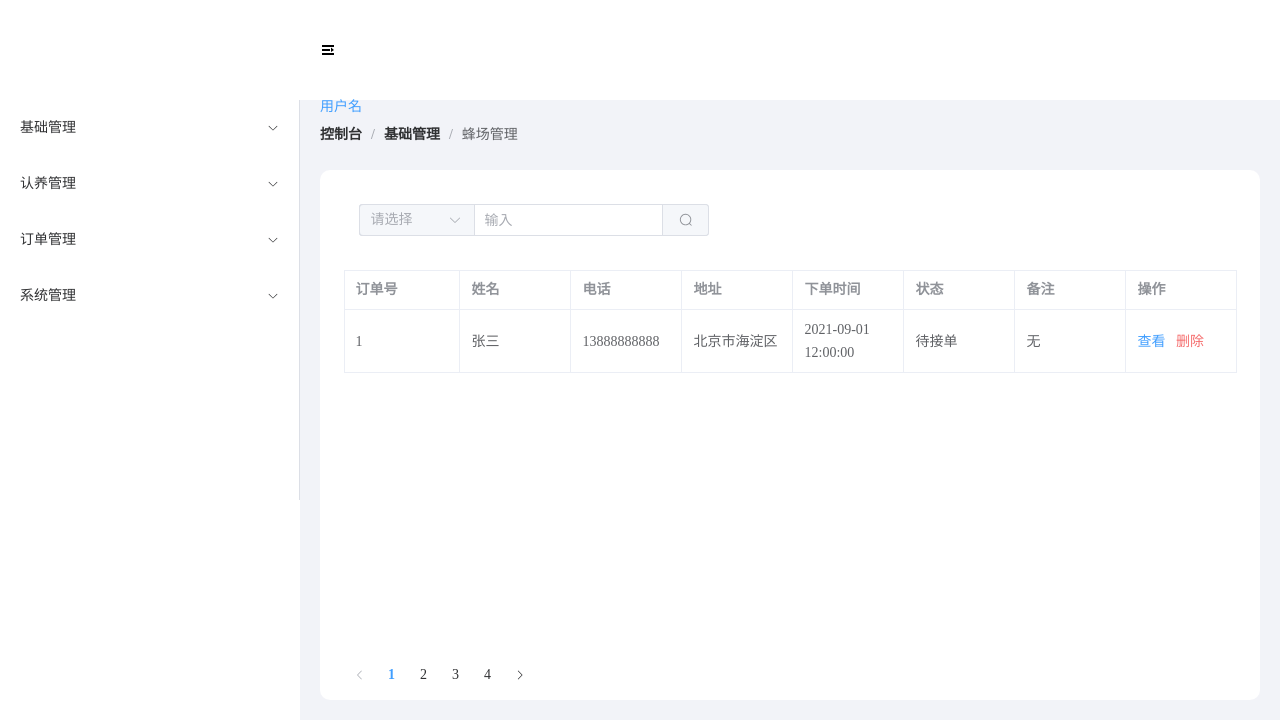
Repository: secret47/test-office-demo
Page: /dashboard/order/list
The author's editor kept a copy of each file at every save. The page is drawn from the files as they stood at one save, then again after a run of saves.
The browser window is 1280 px wide. The pictures show the whole page.
The project was rebuilt for these pictures with package versions that can differ from the ones it lists, and the page was loaded fresh each time. Also part of the build but not shown: vite.config.js.

Above is the page before, as saved 2024-10-30 14:14:37.

### src/main.js
import { createApp } from 'vue'
import '@/style/main.scss'
import App from './App.vue'
import router from './router'

import lang from "./local"


import ElementPlus from "element-plus";
import 'element-plus/dist/index.css'
import * as ElementPlusIconsVue from '@element-plus/icons-vue'

const app = createApp(App);

for (const [key, component] of Object.entries(ElementPlusIconsVue)) {
    app.component(key, component)
}

app.use(lang)
app.use(ElementPlus)
app.use(router)
app.mount('#app')

### src/style/main.scss
* {
    padding: 0;
    margin: 0;
}

html,
body {
    width: 100%;
    height: 100%;
    background: #ffffff;
}

#app {
    width: 100%;
    height: 100%;
}

.main-container {
    width: 100%;
    height: 100%;
}

//顶部搜索
.searchBox {
    width: calc(95% - 30px);
    height: 70px;
    margin: 0 auto;
    padding: 15px;
    display: flex;
    flex-direction: column;
    justify-content: center;

    .new {
        width: 130px;
    }
    .item{
        width:350px;
    }
}

.list {
    width: 95%;
    height: calc(100% - 100px);
    margin: 0 auto;

    .tables {
        width: 100%;
        height: calc(100% - 50px);
    }

    .pages {
        width: 100%;
        height: 50px;
        display: flex;
        flex-direction: column;
        justify-content: center;

    }
}

### src/App.vue
<template>
  <!-- <div> -->
    <router-view />
  <!-- </div> -->
</template>

### src/router/index.js
import { createRouter, createWebHistory } from 'vue-router'
import layouts from "../layouts/index.vue"

const routes = [
    {
        path: '/',
        name: 'Login',
        component: () => import('@/views/login.vue'),
    },
    // 其他路由...
    {
        path: "/dashboard",
        name: "Dashboard",
        component: layouts,
        meta: {
            title: "控制中心"
        },
        children: [
            {
                path: "basic",
                name: "Basic",
                meta: {
                    title: "基础管理"
                },
                component: () => import("@/views/dashboard/basic/index.vue"),
                children: [
                    {
                        path: "farm",
                        name: "farm",
                        meta: {
                            title: "蜂场管理"
                        },
                        component: () => import("@/views/dashboard/basic/farm/index.vue"),
                    }
                ]

            },
            {
                path: "adopt",
                name: "Adopt",
                meta: {
                    title: "认养管理"
                },
                component: () => import("@/views/dashboard/adopt/index.vue"),
                children: [
                    {
                        path: "price",
                        name: "Price",
                        meta: {
                            title: "价格管理"
                        },
                        component: () => import("@/views/dashboard/adopt/price/index.vue"),
                    }
                ]
            },
            {
                path:"order",
                name: "Order",
                meta:{
                    title: "订单管理"
                },
                component: () => import("@/views/dashboard/order/index.vue"),
                children:[
                    {
                        path: "list",
                        name: "OrderList",
                        meta: {
                            title: "订单列表"
                        },
                        component: () => import("@/views/dashboard/order/list/index.vue"),
                    }
                ]
            },
            {
                path: "user",
                name: "User",
                meta: {
                    title: "用户管理"
                },
                component: () => import("@/views/dashboard/user/index.vue"),
            },

        ]
    }
]

const router = createRouter({
    history: createWebHistory(),
    routes
})

export default router

### src/local/index.js
import { createI18n } from "vue-i18n";

import message from "./language"
const i18n = createI18n({
    locale: "zh",
    fallbackLocale: "zh",
    messages: message
})

export default i18n;

### src/layouts/index.vue
<template>
    <div class="layout">
        <el-container>
            <el-aside width="300px" class="side">
                <div class="logo"></div>
                <MenuComponent />
            </el-aside>
            <el-container class="container">
                <el-header>
                    <HeaderComponent></HeaderComponent>
                </el-header>
                <el-main>
                    <div class="bread">
                        <el-breadcrumb separator="/">
                            <el-breadcrumb-item :to="{ path: '/' }">控制台</el-breadcrumb-item>
                            <el-breadcrumb-item><a href="/">基础管理</a></el-breadcrumb-item>
                            <el-breadcrumb-item>蜂场管理</el-breadcrumb-item>
                        </el-breadcrumb>
                    </div>
                    <div class="main">
                        <router-view></router-view>
                    </div>
                </el-main>
            </el-container>
        </el-container>
    </div>
</template>

<script setup>
import MenuComponent from "./components/menu.vue"
import HeaderComponent from "./components/header.vue"
import { ref } from 'vue';
const isCollapse = ref(false);
const toggleCollapse = () => {
    isCollapse.value = !isCollapse.value;
};
</script>

<style lang="scss" scoped>
.layout {
    width: 100%;
    height: 100%;

    .el-container {
        width: 100%;
        height: 100%;
    }

    .side {
        height: 100%;

        .logo {
            width: 100%;
            height: 100px;
        }
    }

    .container {
        width: calc(100% - 300px);
        height: 100%;

        .el-header {
            width: 100%;
            height: 100px;
            background: #ffffff;
        }

        .el-main {
            background: #F2F3F8;
            padding-top: 0;
            .bread {
                width: 100%;
                height: 70px;
                display: flex;
                flex-direction: column;
                justify-content: center;
            }

            .main {
                width: 100%;
                height: calc(100% - 70px);
                background: #ffffff;
                border-radius: 10px;
            }
        }
    }
}
</style>

### src/views/dashboard/order/list/index.vue
<template>
    <div class="main-container">
        <div class="searchBox">
            <div class="item">
                <el-input v-model="input3" placeholder="输入" class="input-with-select">
                    <template #prepend>
                        <el-select v-model="select" placeholder="请选择" style="width: 115px">
                            <el-option label="Restaurant" value="1" />
                            <el-option label="Order No." value="2" />
                            <el-option label="Tel" value="3" />
                        </el-select>
                    </template>
                    <template #append>
                        <el-button :icon="Search" />
                    </template>
                </el-input>
            </div>
        </div>
        <div class="list">
            <div class="tables">
                <el-table border :data="orderList">
                    <el-table-column prop="id" label="订单号" />
                    <el-table-column prop="name" label="姓名" />
                    <el-table-column prop="tel" label="电话" />
                    <el-table-column prop="address" label="地址" />
                    <el-table-column prop="time" label="下单时间" />
                    <el-table-column prop="status" label="状态" />
                    <el-table-column prop="remark" label="备注" />
                    <el-table-column label="操作">
                        <template #default="scope">
                            <el-link type="primary">查看</el-link>
                            &nbsp;
                            <el-link type="danger">删除</el-link>
                        </template>
                    </el-table-column>
                </el-table>
            </div>
            <div class="pages">
                <el-pagination layout="prev, pager, next" :total="40" />
            </div>
        </div>
    </div>
</template>
<script setup>
import { Search } from '@element-plus/icons-vue'
import { ref, reactive } from "vue"

const orderList = reactive([
    {
        id: 1,
        name: '张三',
        tel: '13888888888',
        address: '北京市海淀区',
        time: '2021-09-01 12:00:00',
        status: '待接单',
        remark: '无'
    }
])
const input3 = ref('')
const select = ref('')
</script>

### src/local/language/index.js
import zh from "./zh"
import en from "./en"

export default {
    ...en,
    ...zh
}

### src/layouts/components/menu.vue
<template>
    <el-menu class="menu">
        <el-sub-menu index="1" :collapse="isCollapse">
            <template #title>基础管理</template>
            <el-menu-item index="1-1">蜂场管理</el-menu-item>
            <el-menu-item index="1-2">蜂箱管理</el-menu-item>
        </el-sub-menu>
        <el-sub-menu index="2">
            <template #title>认养管理</template>
            <el-menu-item index="2-1">认养设置</el-menu-item>
        </el-sub-menu>
        <el-sub-menu index="3">
            <template #title>订单管理</template>
            <el-menu-item index="3-1">订单列表</el-menu-item>
        </el-sub-menu>
        <el-sub-menu index="4">
            <template #title>系统管理</template>
            <el-menu-item index="2-1">素材管理</el-menu-item>
        </el-sub-menu>
    </el-menu>
</template>

<script setup>
import { ref } from 'vue';
const isCollapse = ref(false);
</script>

<style lang="scss" scoped>
.menu:not(.el-menu--collapse) {
    width: 300px;
    min-height: 400px;
}
</style>

### src/layouts/components/header.vue
<template>
    <div class="header">
        <div class="collapseIcon">
            <el-icon style="cursor: pointer;">
                <Expand />
            </el-icon>
        </div>
        <div class="user">
            <el-dropdown trigger="click" @command="handleCommand">
                <span class="el-dropdown-link">
                    <i class="el-icon-user"></i>
                    {{ username }}
                    <i class="el-icon-arrow-down el-icon--right"></i>
                </span>
                <template #dropdown>
                    <el-dropdown-menu>
                        <el-dropdown-item command="userCenter">个人中心</el-dropdown-item>
                        <el-dropdown-item command="logout">退出</el-dropdown-item>
                    </el-dropdown-menu>
                </template>
            </el-dropdown>
        </div>
    </div>
</template>

<script setup>
import { ref } from 'vue';
import { ElMessage } from 'element-plus';

const username = ref('用户名'); // 这里应该从后端获取真实的用户名

const handleCommand = (command) => {
    if (command === 'logout') {
        // 执行退出操作
        ElMessage.success('退出成功');
        // 这里可以添加跳转到登录页面的逻辑
    } else if (command === 'userCenter') {
        // 跳转到个人中心页面
        ElMessage.info('跳转到个人中心');
        // 这里可以添加跳转逻辑
    }
};
</script>

<style lang="scss" scoped>
.el-dropdown-link {
    cursor: pointer;
    color: #409EFF;
}


.collapseIcon {
    width: 100px;
    height: 100px;
    display: flex;
    // justify-content: center;
    /* 水平居中 */
    align-items: center;
    /* 垂直居中 */
}
</style>

### src/local/language/zh.js
export default{
    zh:{
        title:"后台管理系统",
        login:"登录",
        username:"用户名",
        password:"密码",
        remember:"记住密码",
        forget:"忘记密码",
        save:"保存",
        confirm:"确定",
        cancel:"取消",
        delete:"删除",
        show:"查看",
        open:"打开"
    }
}

### src/local/language/en.js
export default{
    en:{
        title:"system management"
    }
}

Loaded but not shown: index.html (common file); src/views/dashboard/order/index.vue (common file)

After the next 2 saves:
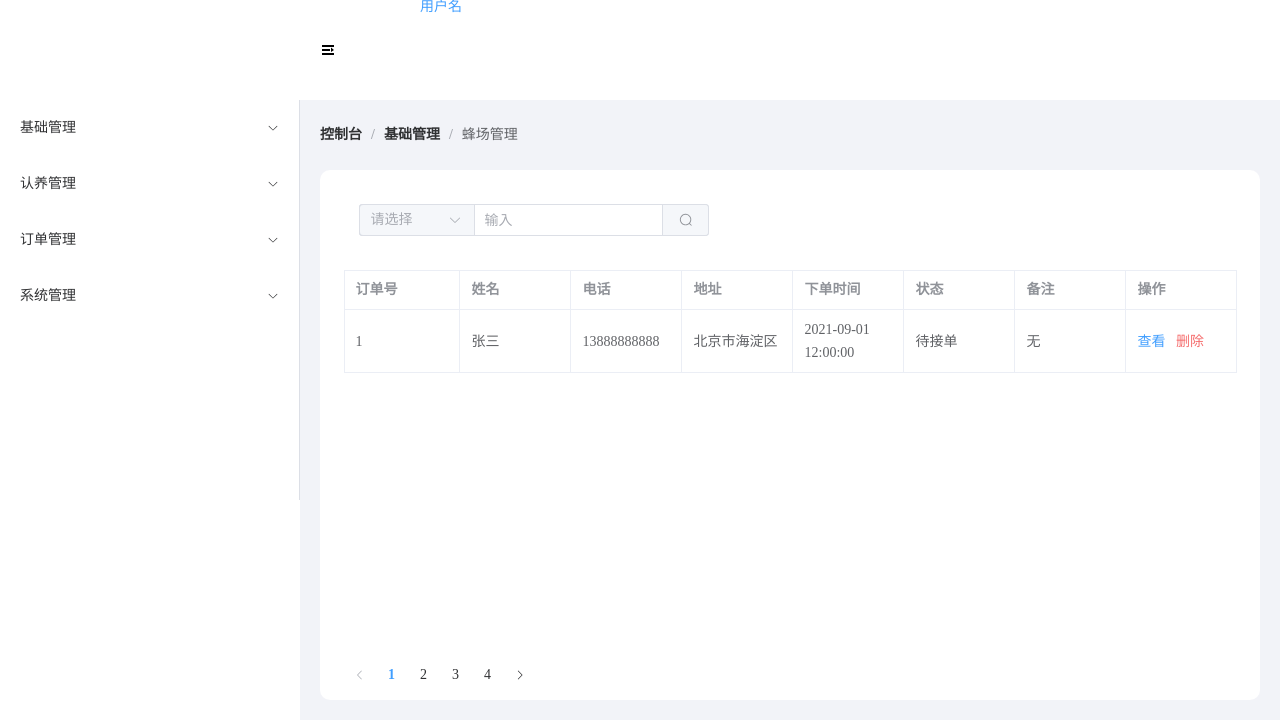
The 2 saves are shown as one change because they came seconds apart.
The last was saved 17 s later.
--- a/src/layouts/components/header.vue
+++ b/src/layouts/components/header.vue
@@ -43,6 +43,10 @@ const handleCommand = (command) => {
 </script>
 
 <style lang="scss" scoped>
+.header {
+    display: flex;
+}
+
 .el-dropdown-link {
     cursor: pointer;
     color: #409EFF;
